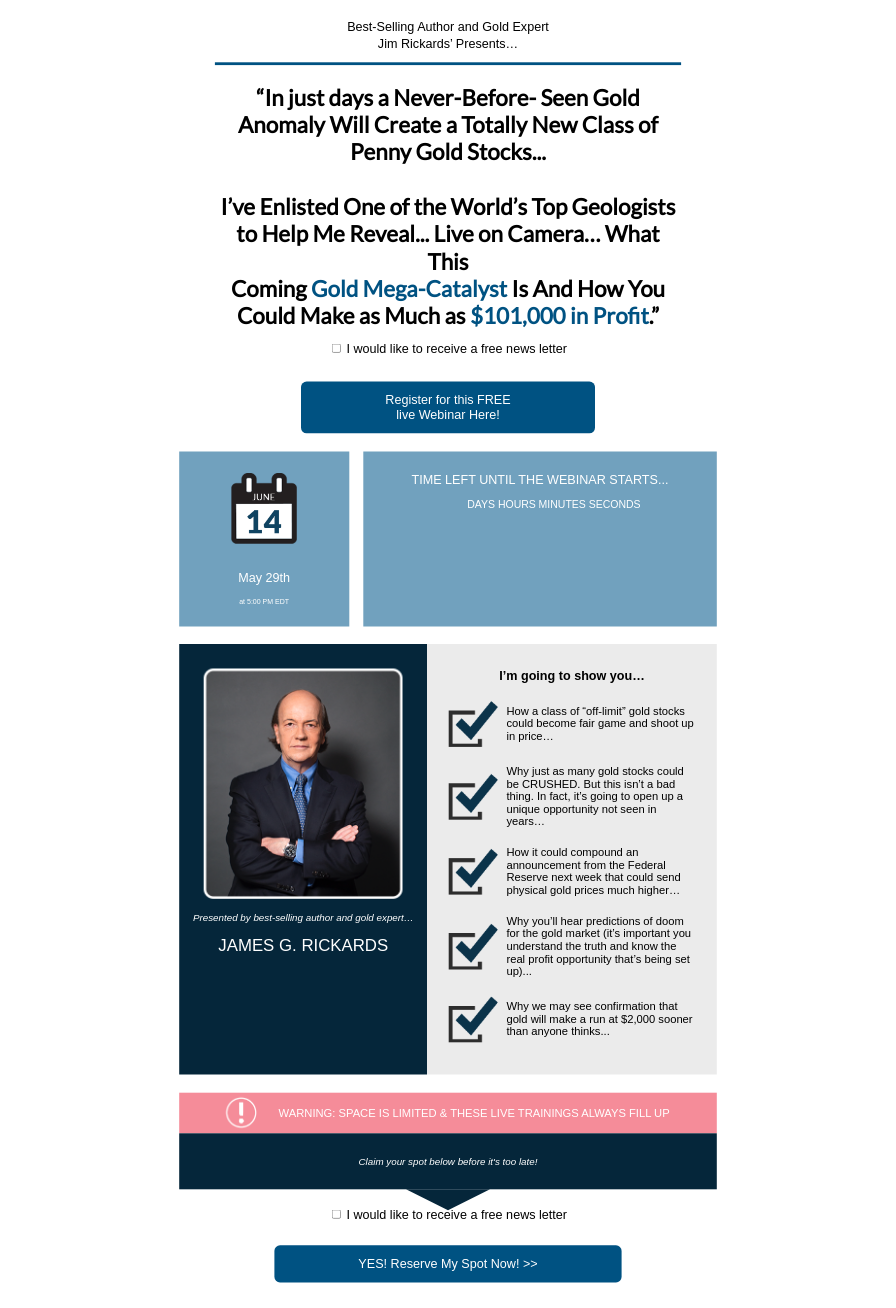
Repository: KrystellBarraza/Test
Page: index.html
The author's editor kept a copy of each file at every save. The page is drawn from the files as they stood at one save, then again after the next save.
The browser window is 1280 px wide. The pictures show the whole page, at 70% of full size.

Above is the page before, as saved 2019-10-07 13:33:53.

After the next save:
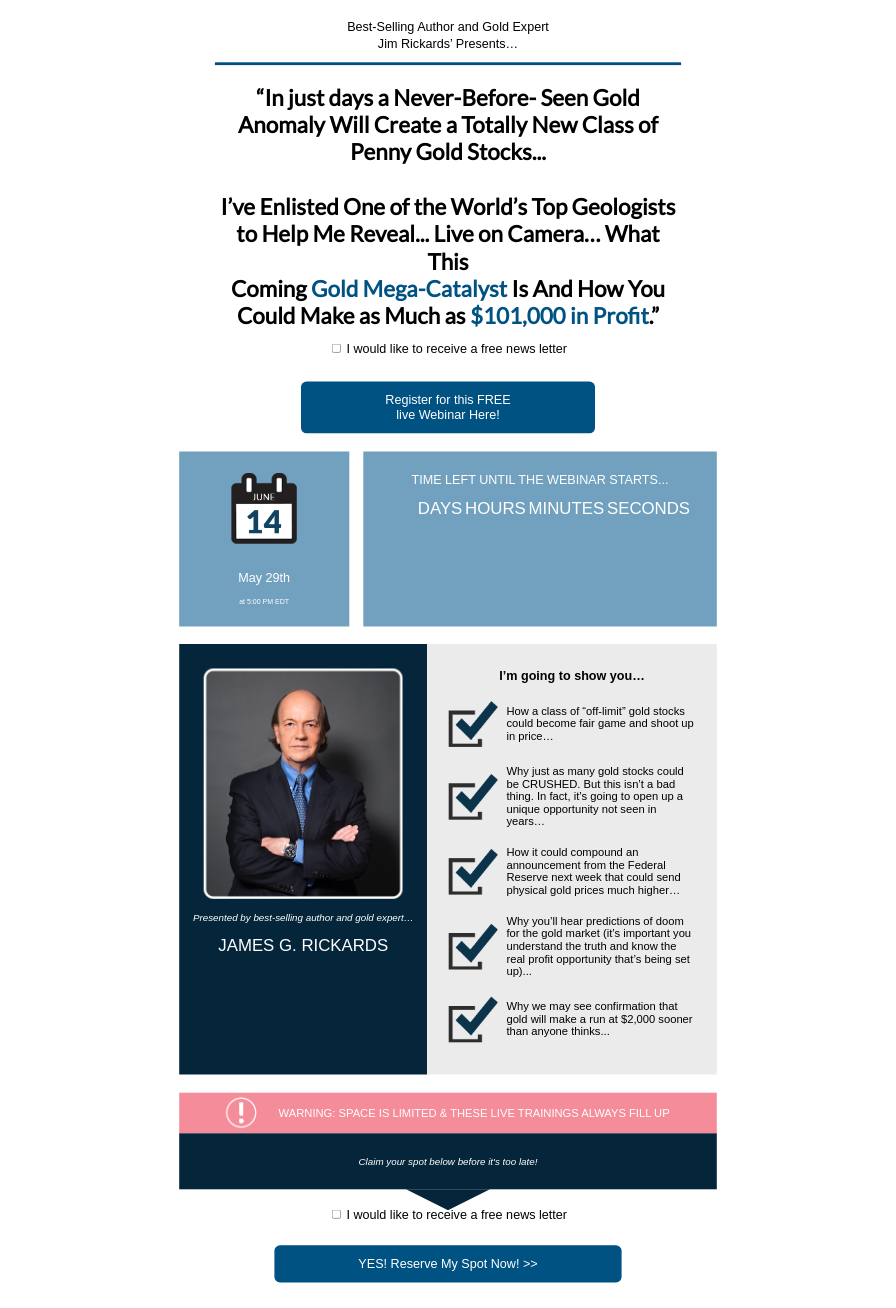
Saved 10 s later.
--- a/style.css
+++ b/style.css
@@ -156,7 +156,7 @@
 
 li {
     display: inline-block;
-    font-size: 15px;
+    font-size: 24px;
     list-style-type: none;
     text-transform: uppercase;
     font-family: arial, sans-serif;

After the save that followed:
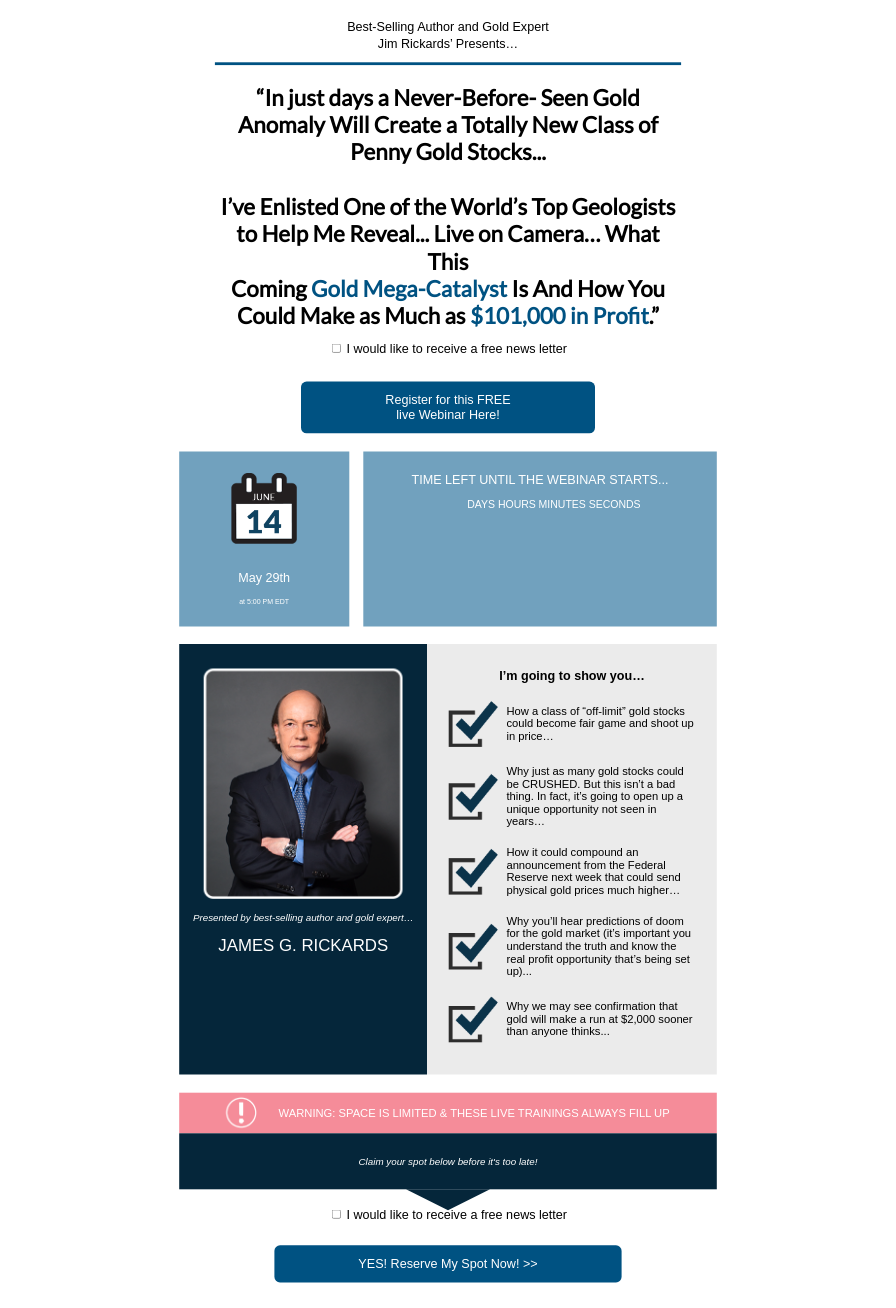
Saved 7 s later.
--- a/style.css
+++ b/style.css
@@ -156,7 +156,7 @@
 
 li {
     display: inline-block;
-    font-size: 24px;
+    font-size: 15px;
     list-style-type: none;
     text-transform: uppercase;
     font-family: arial, sans-serif;
